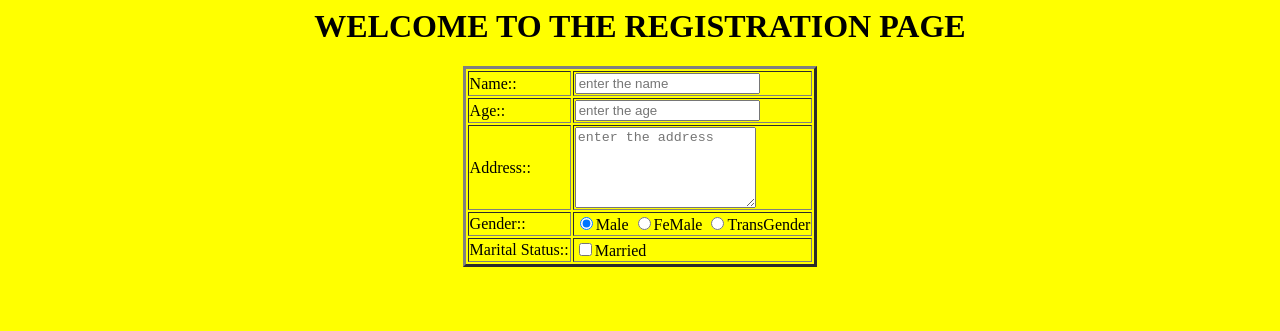
Repository: shivaramkrishna53/SERVLET_PROJECTS
Page: proj12-WorkingWithDifferentFormComponents-RegistrationApp/WebContent/input.html
An editor plug-in stored every save of this project. The page is shown before and after the next save, followed by the edit.
The browser window is 1280 px wide. The pictures show the whole page.

Above is the page before, as saved 2021-01-12 14:24:52.

After the next save:
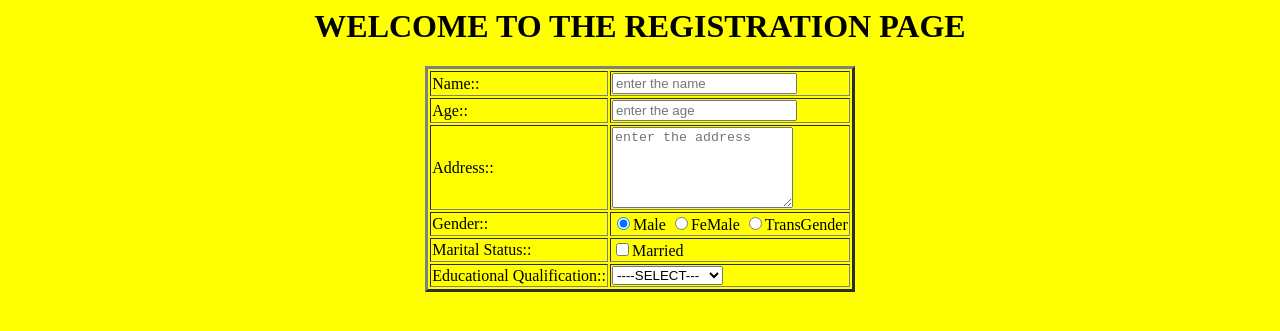
Saved 5 min 24 s later.
--- a/proj12-WorkingWithDifferentFormComponents-RegistrationApp/WebContent/input.html
+++ b/proj12-WorkingWithDifferentFormComponents-RegistrationApp/WebContent/input.html
@@ -39,6 +39,20 @@
 <input type="checkbox" value="Married">Married
 </td>
 </tr>
+<tr>
+<td>
+Educational Qualification::
+</td>
+<td>
+<select>
+<option>----SELECT---</option>
+<option>B.TECH</option>
+<option>MBBS</option>
+<option>B.COM</option>
+<option>B.PHARMACY</option>
+</select>
+</td>
+</tr>
 </table>
 </form>
 </center>
